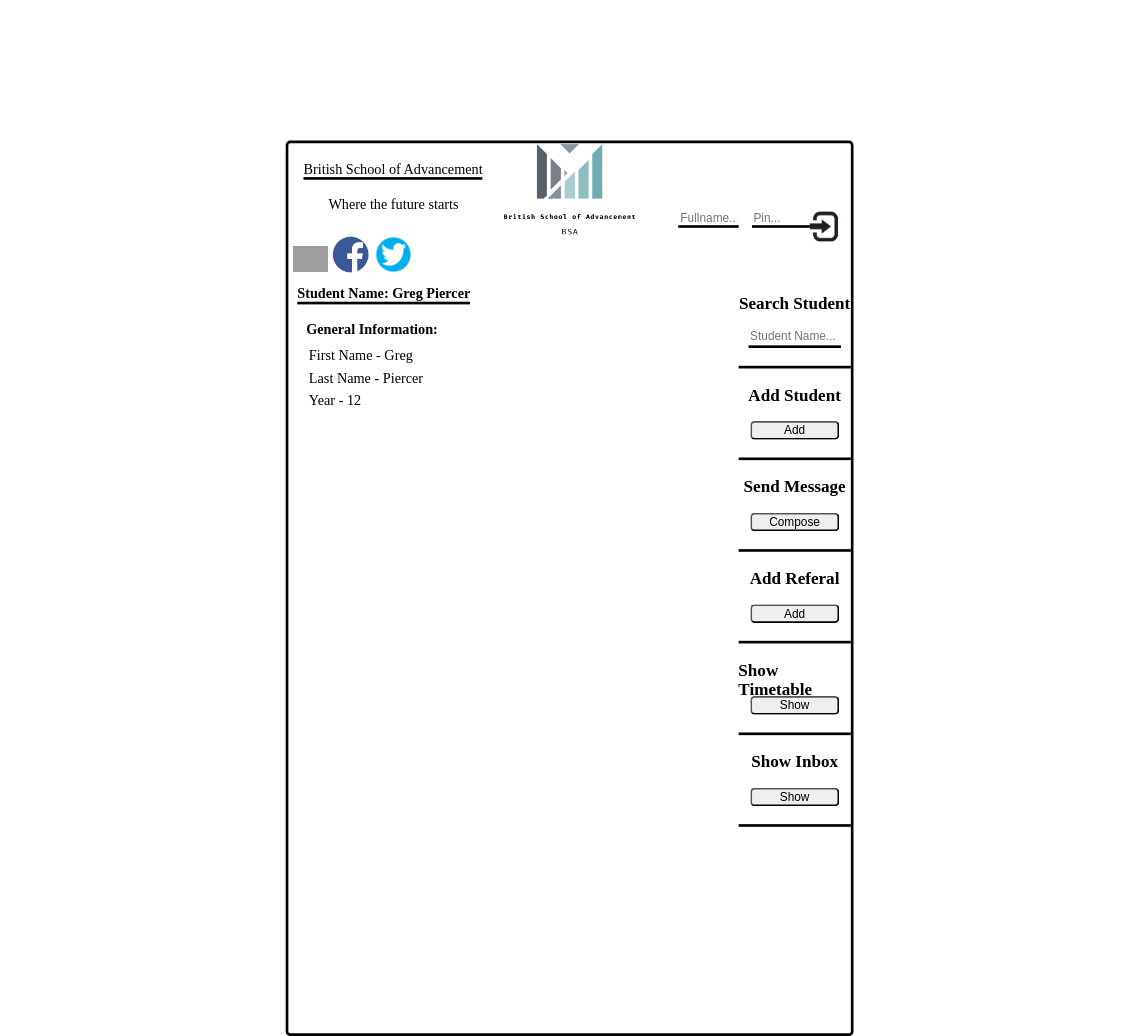
Repository: ghend99/School-app
Page: index.html
An editor plug-in stored every save of this project. The page is shown before and after the next save, followed by the edit.
The browser window is 1280 px wide. The pictures show the whole page, at 89% of full size.
Pictures or frames that could not be fetched are drawn as grey boxes.

Above is the page before, as saved 2023-03-24 14:22:53.

### index.html
<!DOCTYPE html>
<html lang="en">
  <head>
    <meta charset="UTF-8" />
    <meta http-equiv="X-UA-Compatible" content="IE=edge" />
    <meta name="viewport" content="width=device-width, initial-scale=1.0" />
    <title>Document</title>
    <link rel="stylesheet" href="style.css" />
  </head>
  <body>
    <div id="main-container">
      <!-- Header -->
      <div id="header-container">
        <p class="header-school-name">British School of Advancement</p>
        <p class="header-school-slogan">Where the future starts</p>
        <img
          id="header-socials"
          class="header-linkedin"
          src="images/LinkedIn.png"
        />
        <img
          id="header-socials"
          class="header-facebook"
          src="images/Facebook.png"
        />
        <img
          id="header-socials"
          class="header-twitter"
          src="images/Twitter.png"
        />
        <img class="header-logo" src="images/logo.png" />
        <input
          id="header-login"
          class="header-login-fullname"
          type="text"
          placeholder="Fullname..."
        />
        <input
          id="header-login"
          class="header-login-pin"
          type="number"
          placeholder="Pin..."
        />
        <img class="header-login-button" src="images/login-button.png" />
        <img class="header-login-icon" src="images/login.png" />
      </div>

      <!-- Sidebar -->
      <div id="sidebar-container">
        <div id="sidebar-link">
          <p class="sidebar-link-header">Search Student</p>
          <input class="sidebar-link-search" placeholder="Student Name..." />
        </div>
        <div id="sidebar-link">
          <p class="sidebar-link-header">Add Student</p>
          <button class="sidebar-link-button">Add</button>
        </div>
        <div id="sidebar-link">
          <p class="sidebar-link-header">Send Message</p>
          <button class="sidebar-link-button">Compose</button>
        </div>
        <div id="sidebar-link">
          <p class="sidebar-link-header">Add Referal</p>
          <button class="sidebar-link-button">Add</button>
        </div>
        <div id="sidebar-link">
          <p class="sidebar-link-header">Show Timetable</p>
          <button class="sidebar-link-button">Show</button>
        </div>
        <div id="sidebar-link">
          <p class="sidebar-link-header">Show Inbox</p>
          <button class="sidebar-link-button">Show</button>
        </div>
      </div>

      <!-- Student Information Container -->
      <div id="student-information-container">
        <h1 class="student-information-header">Student Name: Greg Piercer</h1>
        <h3 class="student-information-general-header">General Information:</h3>
        <p id="student-information" class="student-information-firstname">
          First Name - Greg
        </p>
        <p id="student-information" class="student-information-lastname">
          Last Name - Piercer
        </p>
        <p id="student-information" class="student-information-year">
          Year - 12
        </p>
      </div>

      <!-- Student Management Container -->
      <div id="student-management-container"></div>
    </div>

    <!-- Login Container -->
    <div id="login-container"></div>

    <div id="create-account-container"></div>

    <script src="main.js"></script>
  </body>
</html>

### style.css
#main-container {
  position: relative;
  max-width: 50%;
  min-width: 400px;
  height: 70vh;
  min-height: 1000px;
  top: 150px;
  margin-left: auto;
  margin-right: auto;
  /* background-color: lightblue; */
  border: solid;
  border-radius: 5px;
}

#header-container {
  position: relative;
  width: 100%;
  max-height: 15%;
  min-height: 150px;
  /* background-color: lightgray; */
}

.header-school-name {
  position: absolute;
  top: 20px;
  left: 17px;
  font-size: clamp(1rem, 1vw, 2rem);
  border-bottom: solid;
  margin: 0;
}

.header-school-slogan {
  position: absolute;
  top: clamp(5%, 60px, 80px);

  left: clamp(45px, 5%, 70px);
  font-size: clamp(0.9rem, 1.5vw, 1rem);
  margin: 0;
}

#header-socials {
  position: absolute;
  width: 40px;
  bottom: 5px;
}

.header-linkedin {
  left: 5px;
}

.header-facebook {
  left: clamp(50px, 7%, 60px);
}

.header-twitter {
  left: clamp(98px, 9%, 110px);
}

.header-logo {
  margin-left: auto;
  margin-right: auto;
  display: block;
  width: 150px;
  height: 100%;
}

#header-login {
  position: absolute;
  max-width: 10%;
  min-width: 5%;
  top: 50%;
  margin: 0;
  background-color: transparent;
  text-decoration: none;
  border: none;
  border-bottom: solid;
  outline: none;
}

.header-login-fullname {
  right: 20%;
}

.header-login-pin {
  right: 7%;
}

.header-login-button {
  position: absolute;
  right: 5px;
  width: 50px;
  top: 45%;
}

.header-login-icon {
  display: none;
}
#sidebar-container {
  position: absolute;
  max-width: 30%;
  min-width: 20%;
  height: 85%;
  right: 0;
  flex-direction: column;
  /* background-color: lightcoral; */
}

#sidebar-link {
  position: relative;
  display: flex;
  width: 100%;
  height: 100px;
  /* background-color: brown; */
  justify-content: center;
  border-bottom: solid;
}

.sidebar-link-header {
  position: absolute;
  font-size: clamp(0.9rem, 1.5vw, 1.2rem);
  font-weight: bold;
}

.sidebar-link-search {
  position: absolute;
  max-width: 75%;
  min-width: 100px;
  height: 20px;
  bottom: 20px;
  background-color: transparent;
  text-decoration: none;
  border: none;
  border-bottom: solid;
  outline: none;
}

.sidebar-link-button {
  position: absolute;
  max-width: 75%;
  min-width: 100px;
  bottom: 20px;
  border-radius: 5px;
}

#student-information-container {
  position: relative;
  max-width: 80%;
  min-width: 50%;
  height: 40%;
  top: 0;
  /* background-color: lightgreen; */
}

.student-information-header {
  position: absolute;
  margin: 0;
  top: 10px;
  left: 10px;
  font-size: clamp(1rem, 1vw, 2rem);
  border-bottom: solid;
}

.student-information-general-header {
  position: absolute;
  top: 50px;
  left: 20px;
  font-size: clamp(1rem, 0.8vw, 2.5rem);
  margin: 0;
}

#student-information {
  position: absolute;
  margin: 0;
  font-size: clamp(1rem, 0.4vw, 1.3rem);
}

.student-information-firstname {
  top: 80px;
  left: 23px;
}

.student-information-lastname {
  top: 105px;
  left: 23px;
}

.student-information-year {
  top: 130px;
  left: 23px;
}

#student-management-container {
  position: relative;
  max-width: 80%;
  min-width: 50%;
  height: 45%;
  bottom: 0;
  /* background-color: lightgoldenrodyellow; */
}

#login-container {
  position: absolute;
  top: 50%;
  left: 50%;
  transform: translate(-50%, -50%);
  max-width: 70%;
  min-width: 400px;
  height: 40vh;
  opacity: 0;
  /* background-color: aliceblue; */
}

#create-account-container {
  position: absolute;
  top: 50%;
  left: 50%;
  transform: translate(-50%, -50%);
  max-width: 70%;
  min-width: 420px;
  height: 50vh;
  opacity: 0;
  /* background-color: aliceblue; */
}

@media screen and (min-width: 0) and (max-width: 1200px) {
  .header-school-slogan {
    top: 50px;
  }

  .header-logo {
    display: none;
  }

  #header-login {
    display: none;
  }

  .header-login-button {
    display: none;
  }

  .header-login-icon {
    position: absolute;
    display: flex;
    right: 5px;
    width: 50px;
    top: 45%;
  }

  #sidebar-container {
    display: none;
  }
}

Loaded but not shown: js/main.js (no copy from this time; the picture is the same without it)

After the next save:
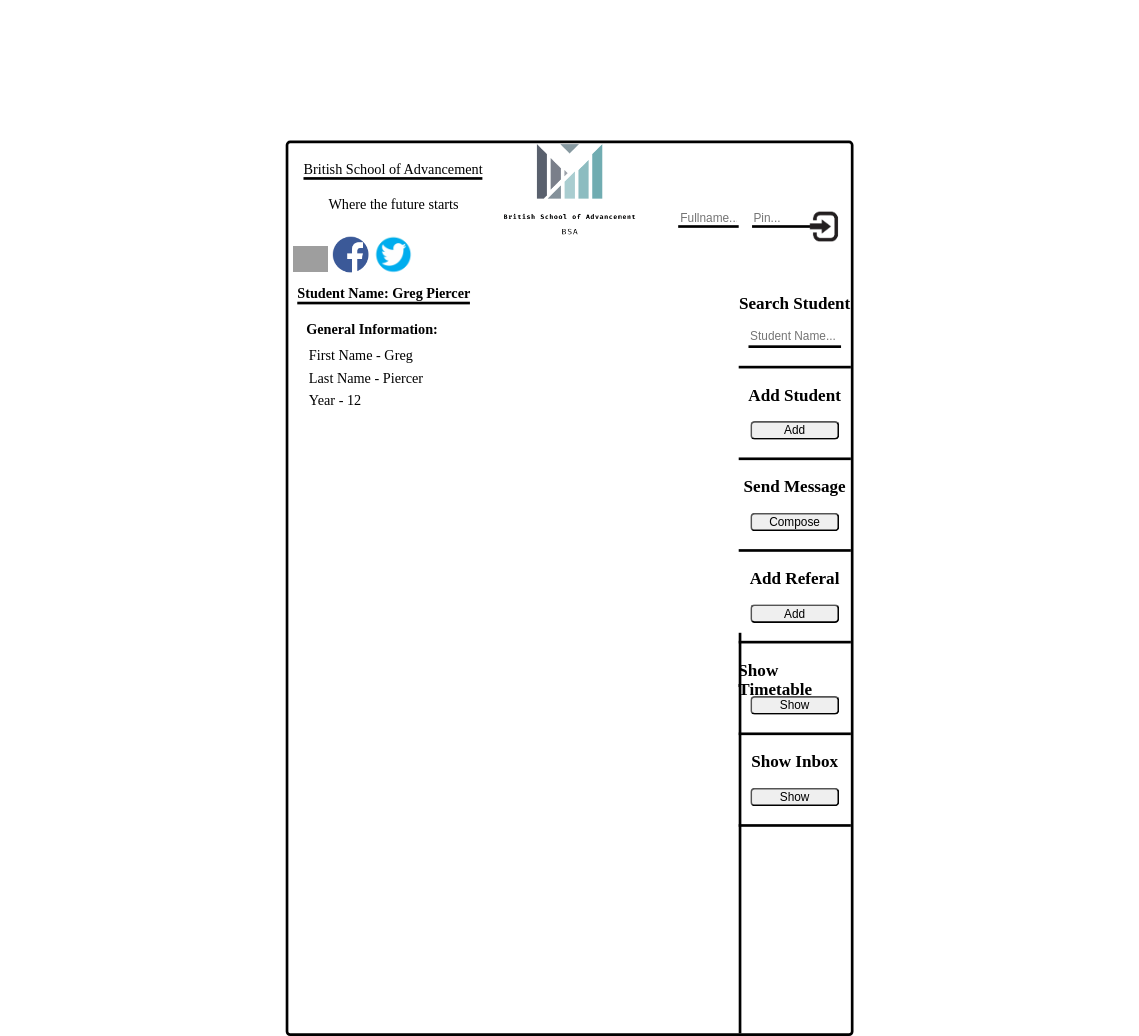
Saved 15 s later.
--- a/style.css
+++ b/style.css
@@ -196,6 +196,7 @@
   height: 45%;
   bottom: 0;
   /* background-color: lightgoldenrodyellow; */
+  border-right: solid;
 }
 
 #login-container {
